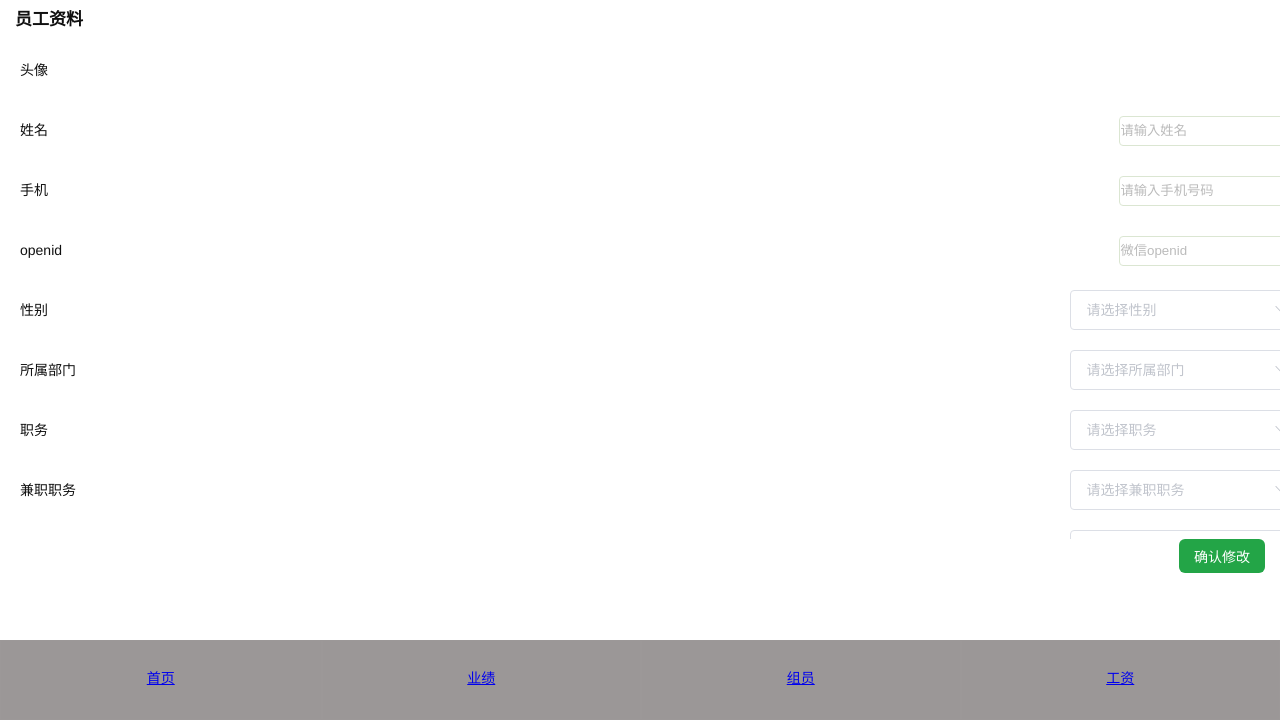
Repository: panlin520-team/lnmj-staffH5
Page: /#/homepage
The author's editor kept a copy of each file at every save. The page is drawn from the files as they stood at one save, then again after the next save.
The browser window is 1280 px wide. The pictures show the whole page.
An inner scrolling area shows only its first screen. The project was rebuilt for these pictures with package versions that can differ from the ones it lists, and the page was loaded fresh each time. Also part of the build but not shown: src/views/Lojin.vue.

Above is the page before, as saved 2020-04-08 15:51:59.

### src/main.js
import Vue from 'vue'
import App from './App.vue'
import router from './router'
import store from './store'
import ElementUI from 'element-ui'
import '@/assets/scss/reset.less'
import 'element-ui/lib/theme-chalk/index.css';
Vue.use(ElementUI)


Vue.config.productionTip = false

new Vue({
  router,
  store,
  render: h => h(App)
}).$mount('#app')

### src/App.vue
<template>
  <div id="app">
    <router-view />
  </div>
</template>
<script>
export default {
  data() {
    return {
    };
  },
  created() {},
  methods: {
  }
};
</script>
<style lang="less">
</style>

### src/router/index.js
import Vue from 'vue'
import VueRouter from 'vue-router'
import Lojin from '../views/Lojin.vue'

Vue.use(VueRouter)

const routes = [
  //首页登录
  {
    path: '/',
    name: 'Lojin',
    component: Lojin
  },
  //首页登录
  {
    path: '/Lojin',
    name: 'Lojin',
    component: Lojin
  },
  //用户注册
  {
    path: '/register',
    name: 'Register',
    component: () => import('../views/Register.vue')
  },
  //用户忘记密码
  {
    path: '/forgetpassword',
    name: 'Forgetpassword',
    component: () => import('../views/Forgetpassword.vue')
  },
  //登录首页
  {
    path: '/homepage',
    name: 'Homepage',
    component: () => import('../views/Homepage.vue')
  },
  //业绩
  {
    path: '/performance',
    name: 'Performance',
    component: () => import('../views/Performance.vue')
  },
  //组员
  {
    path: '/crew',
    name: 'Crew',
    component: () => import('../views/Crew.vue')
  },
  //工资
  {
    path: '/salary',
    name: 'Salary',
    component: () => import('../views/Salary.vue')
  },
]

const router = new VueRouter({
  routes
})

export default router

### src/assets/scss/reset.less
* {
  margin: 0;
  padding: 0;
}

div {
  box-sizing: border-box;
  -webkit-tap-highlight-color: rgba(0, 0, 0, 0);
  // -webkit-user-select: none;
}

img {
  border: 0;
}

ul,
ol {
  list-style: none;
}

textarea {
  // 禁止调节文本域尺寸
  resize: none;
  outline-style: none;
  -webkit-appearance: none;
}

input,
button {
  outline-style: none;
  box-sizing: border-box;
  border: none;
}

// 输入框提示文本颜色设置
input::-moz-focus-inner {
  border: 0;
}

input::-webkit-input-placeholder {
  /* WebKit browsers */
  color: #BBB;
}

input::-moz-placeholder {
  /* Mozilla Firefox 19+ */
  color: #BBB;
}

input:-ms-input-placeholder {
  /* Internet Explorer 10+ */
  color: #BBB;
}

html,
body {
  width: 100%;
  height: 100%;
}

body {
  background-color: #ffffff;
  font-family: "Helvetica Neue", Helvetica, "PingFang SC", "Hiragino Sans GB", "Microsoft YaHei", "微软雅黑", Arial, sans-serif;
  font-size: 14px;
  color: #101010;
}

#app {
  position: relative;
  width: 100%;
  height: 100%;
}

// 滚动条尺寸
div::-webkit-scrollbar {
  width: 10px;
  height: 10px;
}

// 滚动条内部方块
// div::-webkit-scrollbar-thumb {
//   border-radius: 10px;
//   box-shadow: inset 0 0 5px rgba(0, 0, 0, 0.2);
//   background: #52BD3A;
// }

// 滚动条轨道
// div::-webkit-scrollbar-track {
//   box-shadow: inset 0 0 5px rgba(0, 0, 0, 0.2);
//   border-radius: 10px;
//   background: rgba(0, 0, 0, 0.1);
// }

.topBand {
  width: 100%;
  height: 80px;
  background: #23A547;
  display: flex;
  position: fixed;
  top: 0;
  left: 0;
  z-index: 100;
}

.container {
  display: flex;
  background: #ffffff;
  padding-top: 80px;
  z-index: 99;
  height: 100%;

  .aside {
    width: 200px;
    min-width: 200px;
    overflow: hidden;
    white-space: nowrap;
    text-overflow: ellipsis;
    position: fixed;
    top: 80px;
    bottom: 0;
    left: 0;
  }

  .main {
    flex: 1;

    &.active {
      padding-left: 200px;
    }
  }
}

.footer {
  height: 80px;
  background: #23A547;
}

.scrollX {
  overflow-x: auto;
  overflow-y: hidden;
}

.scrollY {
  overflow-x: hidden;
  overflow-y: auto;
  width: 100%;
}

.popPage {
  position: fixed;
  top: 0;
  left: 0;
  width: 100%;
  height: 100%;
  padding: 20px;
  z-index: 100;
  background-color: #ffffff;
}

.nowrap {
  overflow: hidden;
  white-space: nowrap;
  text-overflow: ellipsis;
}

.btn-pointer {
  cursor: pointer;
}

### src/views/Homepage.vue
 <!--登录首页-->
<template>
  <div class="homepage">
    <!-- 中间 -->
    <div class="content">
      <div class="top" slot="top">
        <div class="title">员工资料</div>
      </div>
      <div class="main" slot="main">
        <div class="items scrollY">
          <!-- 头像上传 -->
          <div class="item">
            <label class="label-left" style="line-height: 50px;">头像</label>
            <div class="value"></div>
          </div>
          <div class="item">
            <label class="label-left">姓名</label>
            <div class="value">
              <input
                type="text"
                placeholder="请输入姓名"
                v-model="employeesDetails.name"
                class="input-value"
              />
            </div>
          </div>
          <div class="item">
            <label class="label-left">手机</label>
            <div class="value">
              <input
                type="text"
                placeholder="请输入手机号码"
                v-model="employeesDetails.mobile"
                class="input-value"
              />
            </div>
          </div>
          <div class="item">
            <label class="label-left">openid</label>
            <div class="value">
              <input
                type="text"
                placeholder="微信openid"
                v-model="employeesDetails.openid"
                class="input-value"
              />
            </div>
          </div>
          <div class="item">
            <label class="label-left">性别</label>
            <div class="value">
              <el-select v-model="employeesDetails.gender" placeholder="请选择性别">
                <el-option
                  v-for="item in genders"
                  :key="item.value"
                  :label="item.name"
                  :value="item.value"
                ></el-option>
              </el-select>
            </div>
          </div>
          <!-- <div class="item">
                <label class="label-left">所属分组</label>
                <div class="value">
                  <el-select v-model="employeesDetails.groupId" placeholder="请选择分组">
                    <el-option
                      v-for="item in groups"
                      :key="item.groupId"
                      :label="item.name"
                      :value="item.groupId"
                    ></el-option>
                  </el-select>
                </div>
          </div>-->
          <div class="item">
            <label class="label-left">所属部门</label>
            <div class="value">
              <el-select v-model="part_department" @change="changedepartment" placeholder="请选择所属部门">
                <el-option
                  v-for="item in part_partment"
                  :key="item.id"
                  :label="item.name"
                  :value="item.id"
                ></el-option>
              </el-select>
            </div>
          </div>
          <div class="item">
            <label class="label-left">职务</label>
            <div class="value">
              <el-select v-model="employeepostName" @change="changedeptails" placeholder="请选择职务">
                <el-option
                  v-for="item in postNames"
                  :key="item.postId"
                  :label="item.name"
                  :value="item.postId"
                ></el-option>
              </el-select>
            </div>
          </div>
          <div class="item">
            <label class="label-left">兼职职务</label>
            <div class="value">
              <el-select v-model="part_timeJobe" @change="changejobe" placeholder="请选择兼职职务">
                <el-option
                  v-for="item in part_timeNames"
                  :key="item.postId"
                  :label="item.name"
                  :value="item.postId"
                ></el-option>
              </el-select>
            </div>
          </div>

          <div class="item">
            <label class="label-left">是否兼职</label>
            <div class="value">
              <el-select v-model="part_trueJobe" @change="changetrueJobe" placeholder="请确认是否兼职">
                <el-option
                  v-for="item in part_trueNames"
                  :key="item.postId"
                  :label="item.name"
                  :value="item.postId"
                ></el-option>
              </el-select>
            </div>
          </div>
          <div class="item">
            <label class="label-left">计算底薪</label>
            <div class="value">
              <el-select v-model="isBasicSalarer" @change="changeSalary" placeholder="是否计算底薪">
                <el-option
                  v-for="item in isBasicSalary"
                  :key="item.value"
                  :label="item.label"
                  :value="item.value"
                ></el-option>
              </el-select>
            </div>
          </div>
          <!-- <div class="item">
            <label class="label-left">级别</label>
            <div class="value">
              <el-select v-model="employeesDetails.postLevel" placeholder="请选择级别">
                <el-option
                  v-for="item in levels"
                  :key="item.postLevelId"
                  :label="item.postLevelName"
                  :value="item.postLevelId"
                ></el-option>
              </el-select>
            </div>
          </div>-->
          <div class="item">
            <label class="label-left">入职时间</label>
            <div class="value">
              <el-date-picker
                v-model="employeesDetails.entryTime"
                :editable="false"
                :clearable="false"
                align="center"
                type="date"
                format="yyyy-MM-dd"
                value-format="yyyy-MM-dd"
                placeholder="选择入职时间"
                class="setEmpDatePicker"
              ></el-date-picker>
            </div>
          </div>
          <div class="item">
            <label class="label-left">目前状态</label>
            <div class="value">
              <el-select v-model="workingState" @change="changezhtai" placeholder="请选择员工目前状态">
                <el-option
                  v-for="item in workingStates"
                  :key="item.state"
                  :label="item.name"
                  :value="item.state"
                ></el-option>
              </el-select>
            </div>
          </div>
        </div>
      </div>
      <div class="bottom" slot="bottom">
        <div class="btn-save btn-pointer" @click="newEmployees">确认修改</div>
      </div>
    </div>
    <!-- 底部导航 -->
    <div class="switchoverBtn">
      <Btnnavigation></Btnnavigation>
    </div>
  </div>
</template>


<script>
//引入模块
import Btnnavigation from "@/components/Btnnavigation.vue";

export default {
  name: "homepage",
  components: { Btnnavigation },
  data() {
    return {
      //员工信息
      employeesDetails: {
        name: "",
        mobile: "",
        openid: "",
        gender: "",
        entryTime: ""
      },
      //部门
      part_department: "",
      part_partment: [],
      //职务
      employeepostName: "",
      postNames: [],
      //兼职职务
      part_timeJobe: "",
      part_timeNames: [],
      //是否兼职
      part_trueJobe: "",
      part_trueNames: [
        {
          postId: 1,
          name: "是"
        },
        {
          postId: 0,
          name: "否"
        }
      ],
      //是否计算底薪
      isBasicSalarer: "",
      isBasicSalary: [
        {
          value: 0,
          label: "否"
        },
        {
          value: 1,
          label: "是"
        }
      ],
      //目前状态
      workingState: "",
      workingStates: [
        {
          state: 1,
          name: "在职"
        },
        {
          state: 0,
          name: "离职"
        }
      ],
      //性别
      genders: [
        {
          value: 0,
          name: "女"
        },
        {
          value: 1,
          name: "男"
        }
      ]
    };
  },
  created() {},
  methods: {
    //返回登录页面
    returnLojin() {
      const _this = this;
      _this.$router.replace("/Lojin");
    },
    //修改
    newEmployees() {},
    //修改部门
    changedepartment() {},
    //修改职务
    changedeptails() {},
    //修改兼职职务
    changejobe() {},
    //是否兼职
    changetrueJobe() {},
    //是否计算底薪
    changeSalary() {},
    //目前状态
    changezhtai() {}
  }
};
</script>

<style lang="less" scoped>
.homepage {
  width: 100%;
  height: 100%;
  position: relative;
  .content {
    .top {
      padding: 5px 15px;
    }
    .title {
      font-size: 17px;
      font-weight: 700;
    }
    .main {
      max-height: 504px;
      overflow: auto;
      .items {
        width: 103%;
        padding: 0 20px;
        .item {
          display: flex;
          justify-content: space-between;
          padding-top: 10px;
          line-height: 50px;
          .input-value {
            border: 1px solid rgb(219, 230, 210);
            height: 30px;
            border-radius: 4px;
          }
        }
      }
    }

    .bottom {
      text-align: right;
      .btn-save {
        padding: 7px 15px;
        font-size: 14px;
        margin-right: 15px;
        border-radius: 6px;
        color: #ffffff;
        background-color: #23a547;
        text-align: center;
        display: inline-block;
      }
      .iconfont {
        font-size: 25px;
      }
      .btn-del {
        padding: 7px 15px;
        font-size: 14px;
        margin-right: 15px;
        border-radius: 6px;
        color: #ffffff;
        background: #e6a23c;
        text-align: center;
        display: inline-block;
      }
    }
  }
  .switchoverBtn {
    position: absolute;
    bottom: 0;
    width: 100%;
    height: 80px;
    z-index: 999;
  }
}
</style>

### src/components/Btnnavigation.vue
 <!--底部导航-->
<template>
  <div class="btnnavigation">
    <!-- <div class="somenavigation">
      <div class="navitnew">
      <router-link to="/homepage">首页</router-link>
      </div>
    </div>-->
    <router-link class="somenavigation" to="/homepage">
      <div class="navitnew">首页</div>
    </router-link>

    <div class="somenavigation">
      <div class="navitnew">
        <router-link to="/Performance">业绩</router-link>
      </div>
    </div>
    <div class="somenavigation">
      <div class="navitnew">
        <router-link to="/crew">组员</router-link>
      </div>
    </div>
    <div class="somenavigation">
      <div class="navitnew">
        <router-link to="/salary">工资</router-link>
      </div>
    </div>
  </div>
</template>

<script>
export default {
  name: "btnnavigation",
  components: {},
  data() {
    return {};
  },
  created() {},
  methods: {}
};
</script>

<style lang="less" scoped>
.btnnavigation {
  width: 100%;
  height: 100%;
  display: flex;
  background-color: rgb(155, 151, 151);
  .somenavigation {
    width: 25%;
    border: 1px solid rgb(156, 152, 152);
    .navitnew {
      text-align: center;
      line-height: 75px;
    }
  }
}
</style>

Loaded but not shown: public/index.html (common file); src/store/index.js (common file)

After the next save:
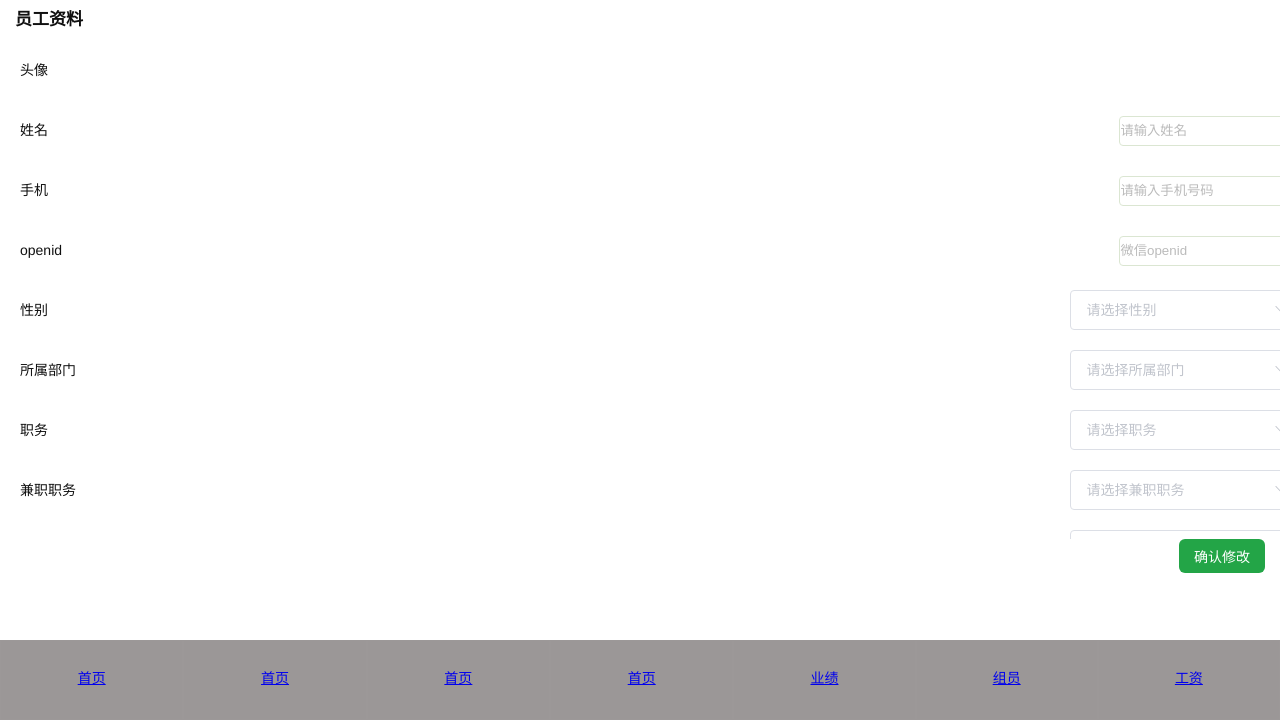
Saved 26 s later.
--- a/src/components/Btnnavigation.vue
+++ b/src/components/Btnnavigation.vue
@@ -6,6 +6,15 @@
       <router-link to="/homepage">首页</router-link>
       </div>
     </div>-->
+    <router-link class="somenavigation" to="/homepage">
+      <div class="navitnew">首页</div>
+    </router-link>
+    <router-link class="somenavigation" to="/homepage">
+      <div class="navitnew">首页</div>
+    </router-link>
+    <router-link class="somenavigation" to="/homepage">
+      <div class="navitnew">首页</div>
+    </router-link>
     <router-link class="somenavigation" to="/homepage">
       <div class="navitnew">首页</div>
     </router-link>
